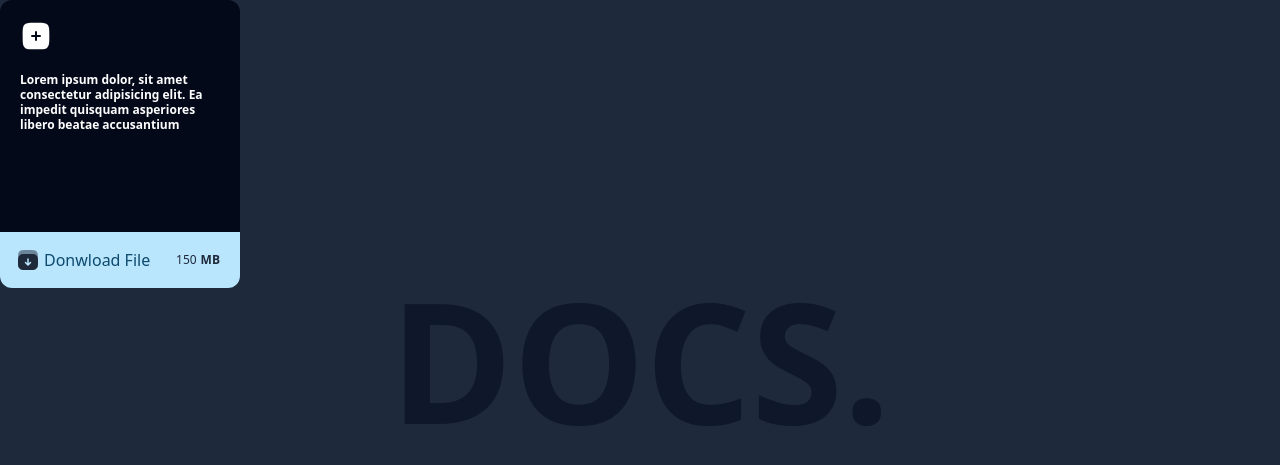
Repository: aliakbarmotallebi/framer-react
Page: /
These files come from the project's save history. The page is drawn as it stood at one moment and after the next save; the edit follows.
The browser window is 1280 px wide. The pictures show the whole page.
The project was rebuilt for these pictures with package versions that can differ from the ones it lists, and the page was loaded fresh each time.

Above is the page before, as saved 2024-08-14 22:38:58.

### src/App.js
import React from "react";
import Background from "./components/Background";
import Card from "./components/Card";

function App() {
  return (
    <div className="relative h-screen w-full bg-slate-800">
      <Background />
      <div className="fixed left-0 top-0 z-[3] h-full w-full">
        <Card />
      </div>
    </div>
  );
}

export default App;

### src/components/Background.jsx
import React from "react";

function Background() {
    return <h1 className="absolute left-1/2 top-1/2 -translate-x-[50%] -translate-y-[50%] text-[13vw] font-semibold text-slate-900">
    DOCS.
  </h1>
}

export default Background;

### src/components/Card.jsx
import React, { Component } from 'react';
import { motion } from "framer-motion";

class Card extends Component {
    render() {
        return (
            <motion.div drag className="w-60 h-72 rounded-xl bg-slate-950/90 p-5 text-white relative overflow-hidden">
                <svg xmlns="http://www.w3.org/2000/svg" className="w-8 h-8" viewBox="0 0 24 24"><path fill="currentColor" fill-rule="evenodd" d="M12 22c-4.714 0-7.071 0-8.536-1.465C2 19.072 2 16.714 2 12s0-7.071 1.464-8.536C4.93 2 7.286 2 12 2s7.071 0 8.535 1.464C22 4.93 22 7.286 22 12s0 7.071-1.465 8.535C19.072 22 16.714 22 12 22m0-13.75a.75.75 0 0 1 .75.75v2.25H15a.75.75 0 0 1 0 1.5h-2.25V15a.75.75 0 0 1-1.5 0v-2.25H9a.75.75 0 0 1 0-1.5h2.25V9a.75.75 0 0 1 .75-.75" clip-rule="evenodd"/></svg>
                <p className="text-xs leading-tight mt-5 font-semibold">
                    Lorem ipsum dolor, sit amet consectetur adipisicing elit. Ea impedit quisquam asperiores libero beatae accusantium
                </p>

                <div className="footer absolute bottom-0 bg-sky-200 w-full py-2 left-0">
                    <button className="text-sky-900 p-2 font-medium w-full">
                        <div className="flex justify-between items-center w-full px-2">
                           <div className="flex items-center gap-1">
                            <svg xmlns="http://www.w3.org/2000/svg" className="w-6 h-6 text-slate-800 inline" viewBox="0 0 24 24"><path fill="currentColor" d="M12 2c4.713 0 7.07 0 8.535 1.464c.757.758 1.123 1.754 1.3 3.192V10H2.164V6.656c.176-1.438.541-2.434 1.299-3.192C4.928 2 7.285 2 11.999 2" opacity="0.5"/><path fill="currentColor" fill-rule="evenodd" d="M2 14c0-2.8 0-4.2.545-5.27A5 5 0 0 1 4.73 6.545C5.8 6 7.2 6 10 6h4c2.8 0 4.2 0 5.27.545a5 5 0 0 1 2.185 2.185C22 9.8 22 11.2 22 14s0 4.2-.545 5.27a5 5 0 0 1-2.185 2.185C18.2 22 16.8 22 14 22h-4c-2.8 0-4.2 0-5.27-.545a5 5 0 0 1-2.185-2.185C2 18.2 2 16.8 2 14m10.75-3a.75.75 0 0 0-1.5 0v4.19l-1.22-1.22a.75.75 0 1 0-1.06 1.06l2.5 2.5a.75.75 0 0 0 1.06 0l2.5-2.5a.75.75 0 1 0-1.06-1.06l-1.22 1.22z" clip-rule="evenodd"/></svg>
                            Donwload File
                           </div>
                            <h5 className="text-slate-800 text-xs ml-auto">
                                150
                                <span className="font-bold px-1">
                                    MB
                                </span>
                            </h5>
                        </div>
                    </button>
                </div>
            </motion.div>
        );
    }
}

export default Card;

Loaded but not shown: public/index.html (common file); src/index.js (common file); src/index.css (common file); tailwind.config.js (common file)

After the next save:
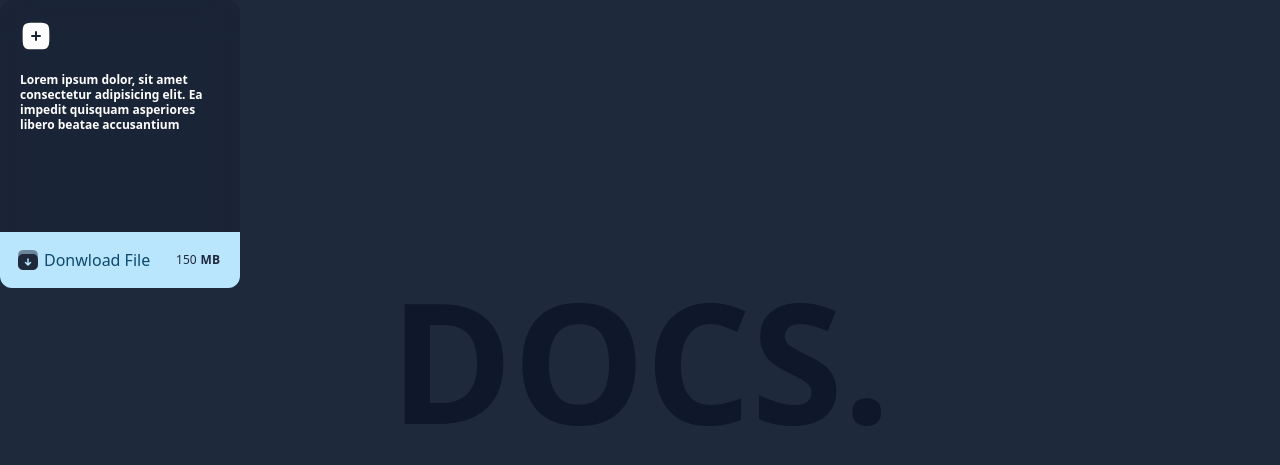
Saved 24 s later.
--- a/src/components/Card.jsx
+++ b/src/components/Card.jsx
@@ -4,7 +4,7 @@ import { motion } from "framer-motion";
 class Card extends Component {
     render() {
         return (
-            <motion.div drag className="w-60 h-72 rounded-xl bg-slate-950/90 p-5 text-white relative overflow-hidden">
+            <motion.div drag className="w-60 h-72 rounded-xl bg-slate-950/10 backdrop-blur-lg p-5 text-white relative overflow-hidden">
                 <svg xmlns="http://www.w3.org/2000/svg" className="w-8 h-8" viewBox="0 0 24 24"><path fill="currentColor" fill-rule="evenodd" d="M12 22c-4.714 0-7.071 0-8.536-1.465C2 19.072 2 16.714 2 12s0-7.071 1.464-8.536C4.93 2 7.286 2 12 2s7.071 0 8.535 1.464C22 4.93 22 7.286 22 12s0 7.071-1.465 8.535C19.072 22 16.714 22 12 22m0-13.75a.75.75 0 0 1 .75.75v2.25H15a.75.75 0 0 1 0 1.5h-2.25V15a.75.75 0 0 1-1.5 0v-2.25H9a.75.75 0 0 1 0-1.5h2.25V9a.75.75 0 0 1 .75-.75" clip-rule="evenodd"/></svg>
                 <p className="text-xs leading-tight mt-5 font-semibold">
                     Lorem ipsum dolor, sit amet consectetur adipisicing elit. Ea impedit quisquam asperiores libero beatae accusantium
